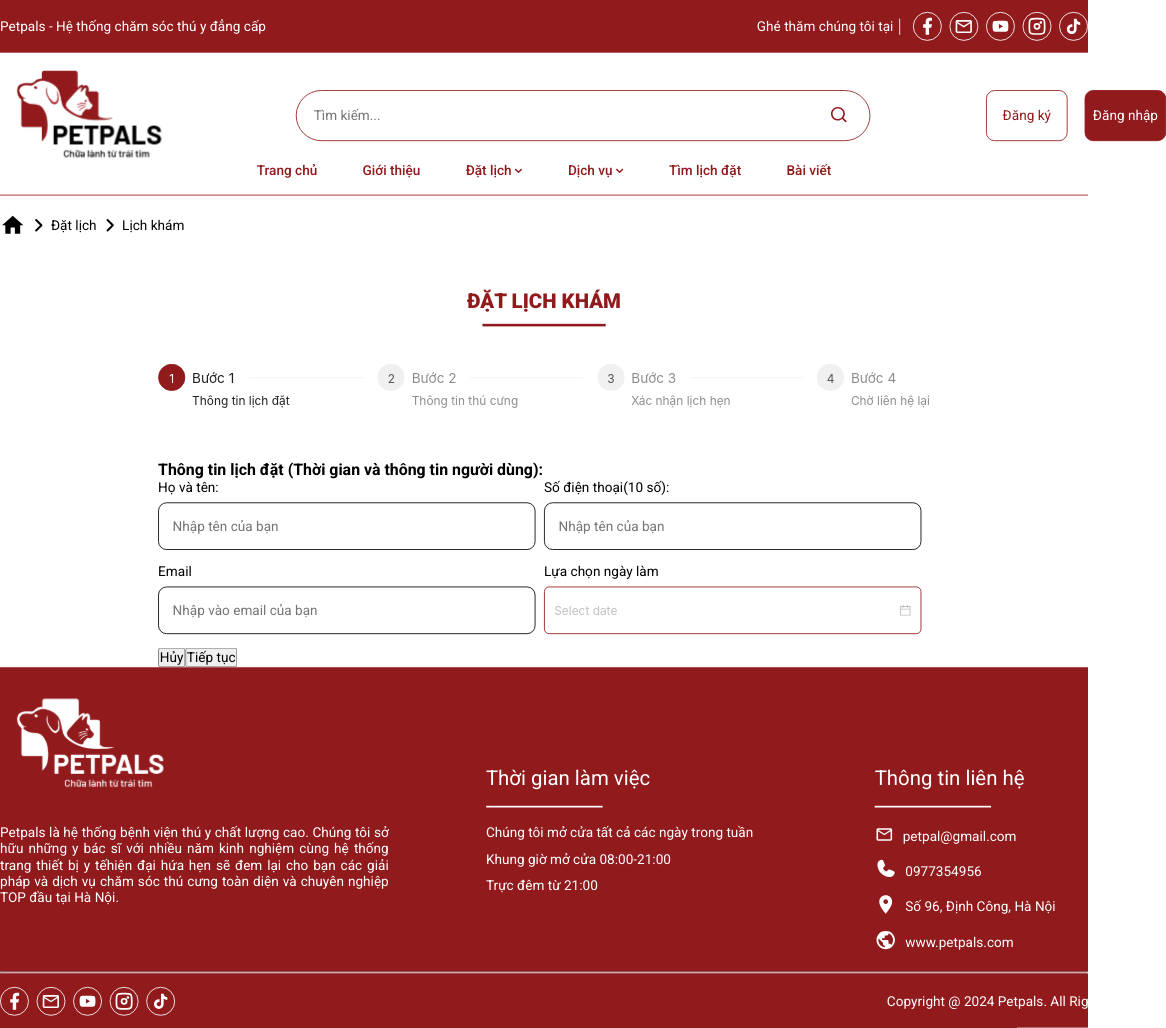
Repository: ahntrung1909/Petpals
Page: /dat-lich/kham-benh (app in petpals-user-main/)
The author's editor kept a copy of each file at every save. The page is drawn from the files as they stood at one save, then again after the next save.
The browser window is 1280 px wide. The page is 1372 px wide, so the pictures cover 1372 px, including what lies to the right of the window. The pictures show the whole page, at 85% of full size.
The project was rebuilt for these pictures with package versions that can differ from the ones it lists, and the page was loaded fresh each time. The framework's server and built-in components were replaced by stand-ins that run in the browser. Also part of the build but not shown: petpals-user-main/next.config.js, petpals-user-main/next.config.mjs.

Above is the page before, as saved 2024-04-10 23:03:54.

After the next save:
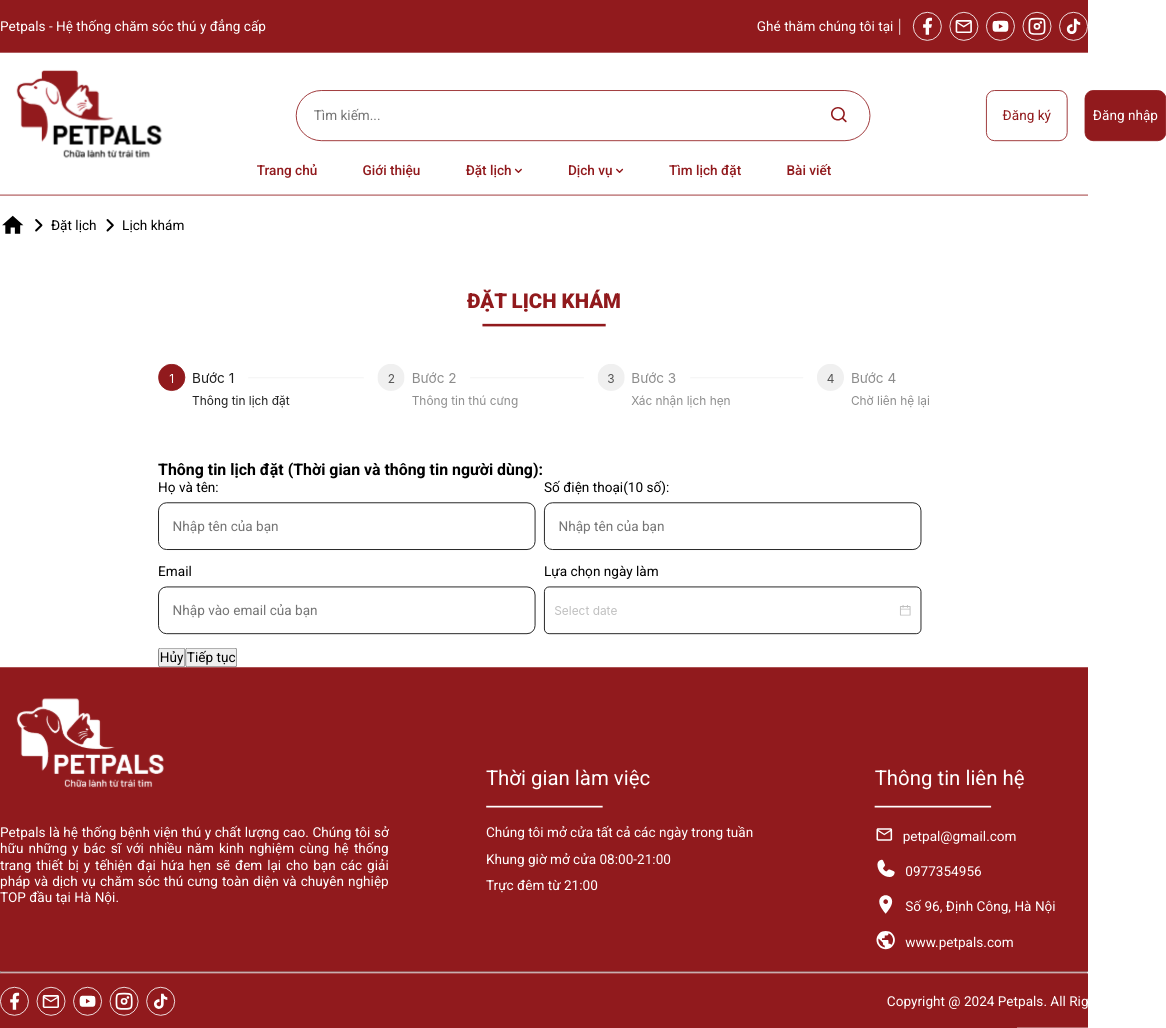
Saved 8 s later.
--- a/petpals-user-main/src/app/dat-lich/kham-benh/style.scss
+++ b/petpals-user-main/src/app/dat-lich/kham-benh/style.scss
@@ -41,7 +41,7 @@
     }
     .ant-picker {
       height: 56px;
-      border-color: $BROWN_500;
+      border-color: black;
     }
     // input:has(.date-time-picker) {
     //   height: 56px;
